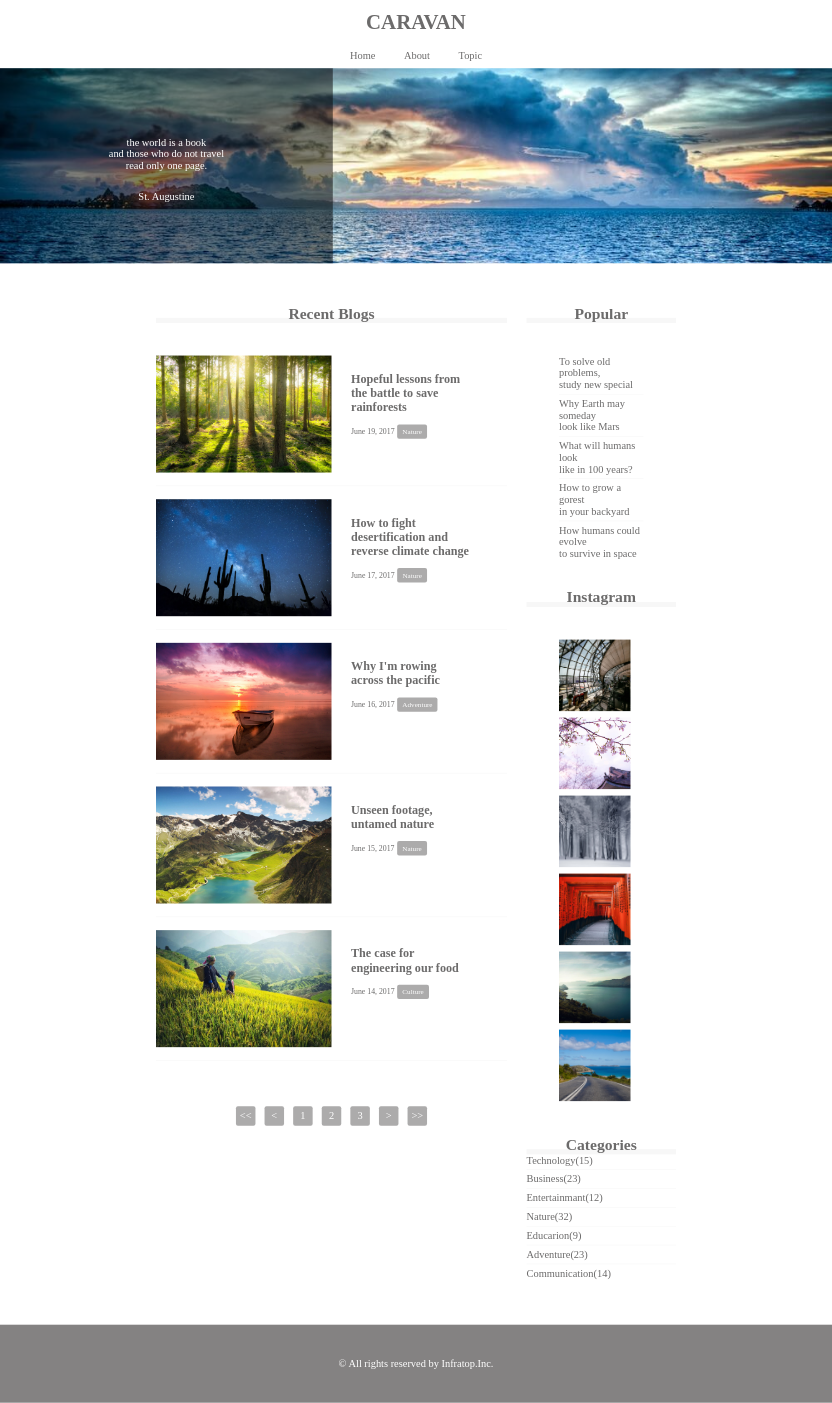
Repository: yui00219/caravan
Page: caravan/index.html
The author's editor kept a record of every edit. The page is drawn from the files as they stood at one moment, then again after the next edit.
The browser window is 1280 px wide. The pictures show the whole page, at 65% of full size.

Above is the page before.

After the next edit:
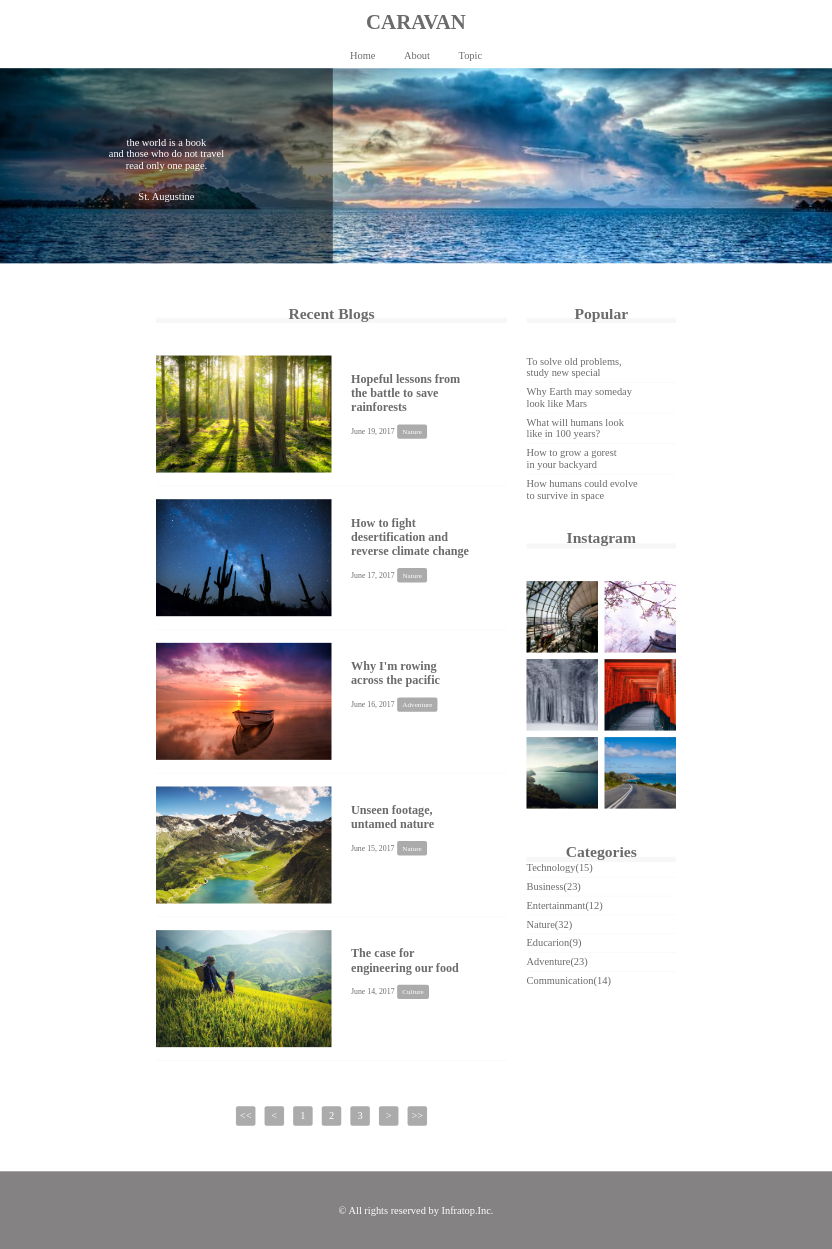
The edit:
--- a/caravan/style.css
+++ b/caravan/style.css
@@ -140,7 +140,7 @@
 }
 
 .sidebar-contents {
-  padding: 50px;
+  padding: 50px 0;
 }
 
 .popular-text,
